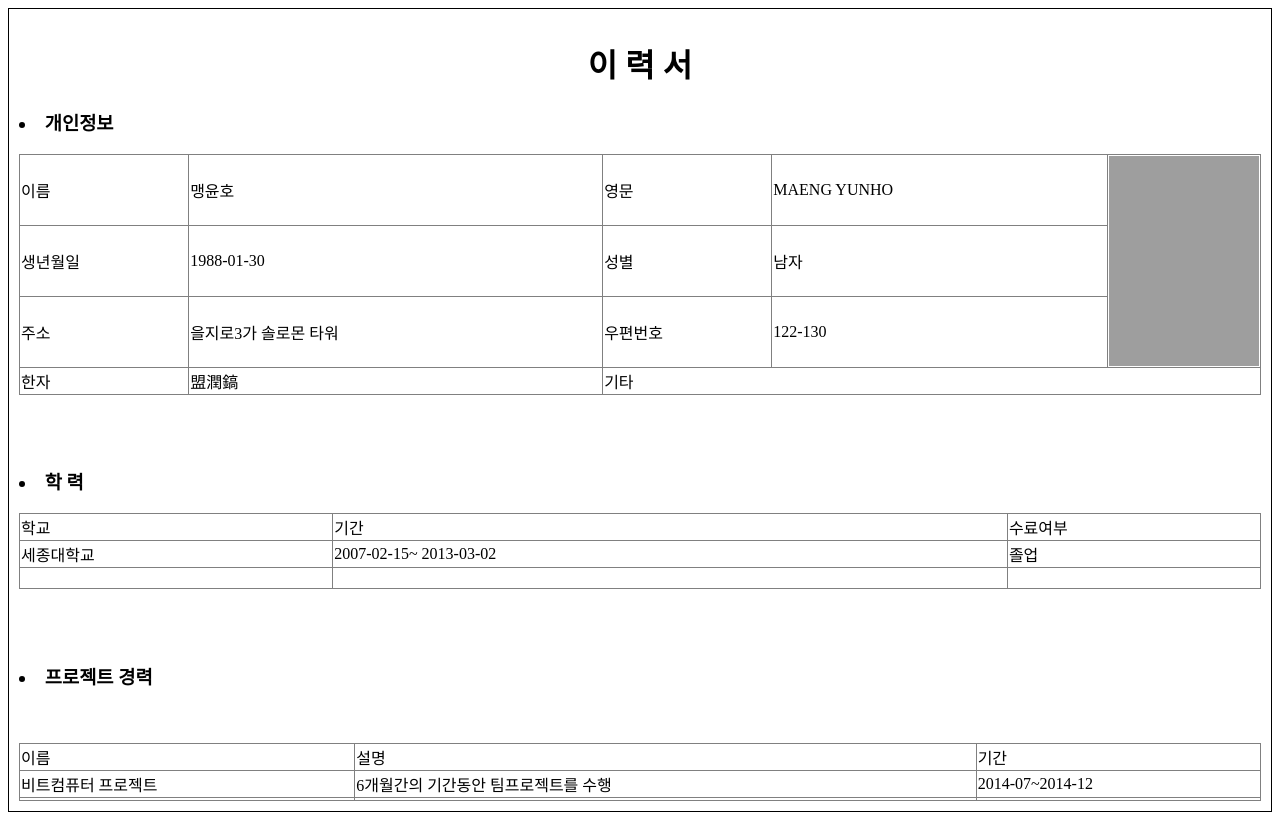
Repository: porivas/140630_Java
Page: http://localhost/web4_resume/resume.jsp
These files come from the project's save history. The page is drawn as it stood at one moment and after the next save; the edit follows.
The browser window is 1280 px wide. The pictures show the whole page.
Pictures or frames that could not be fetched are drawn as grey boxes. The page is served by Tomcat 9.

Above is the page before, as saved 2014-09-25 06:26:03.

After the next save:
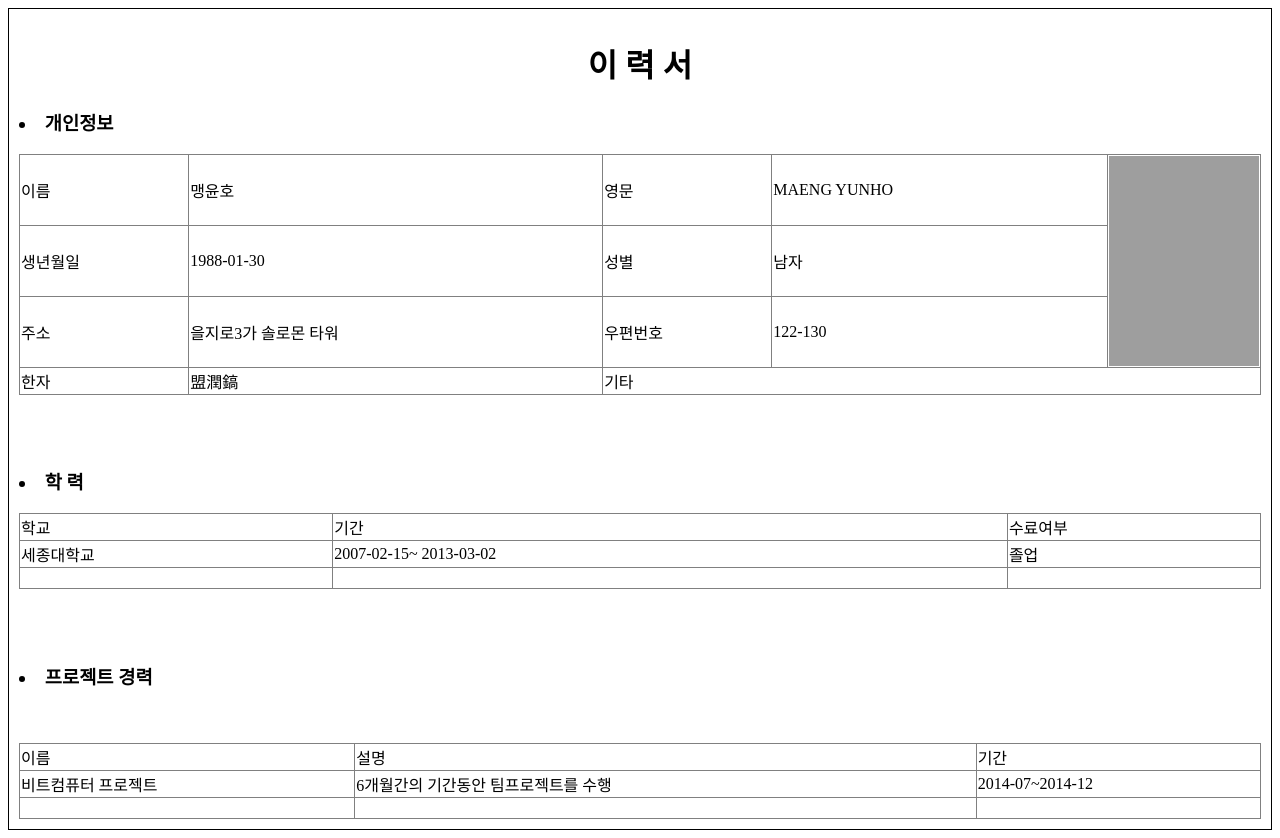
Saved 15 s later.
--- a/web4_resume/WebContent/resume.jsp
+++ b/web4_resume/WebContent/resume.jsp
@@ -72,7 +72,7 @@
 				<td> 비트컴퓨터 프로젝트 </td>	<td> 6개월간의 기간동안 팀프로젝트를 수행 </td>	<td> 2014-07~2014-12 </td>
 			</tr>
 			<tr>
-				<td>  </td>	<td>  </td>	<td>  </td>
+				<td>  <br> </td>	<td>  </td>	<td>  </td>
 			</tr>
 		<br>
 		<br>
